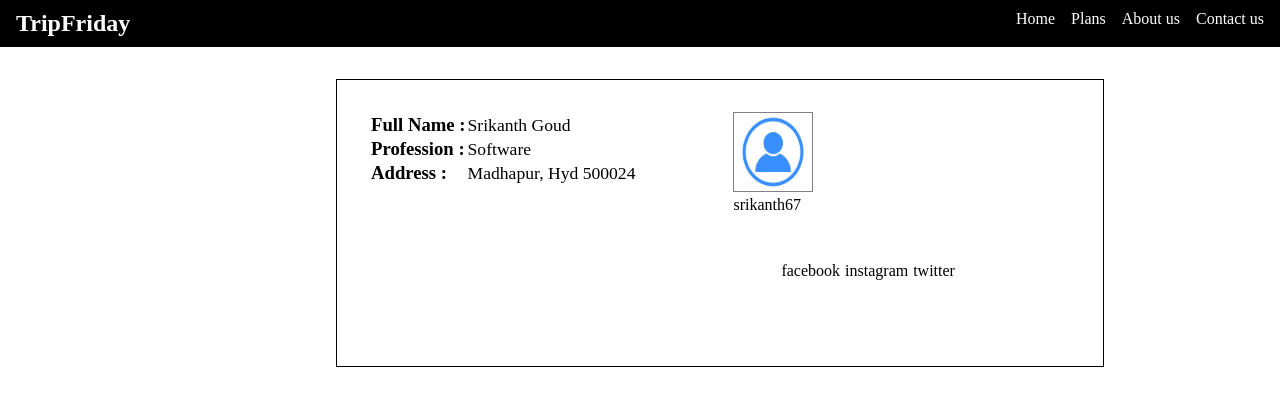
Repository: suraj-yadav7/userprofile
Page: /userdetails
The author's editor kept a copy of each file at every save. The page is drawn from the files as they stood at one save, then again after the next save.
The browser window is 1280 px wide. The pictures show the whole page.
The project was rebuilt for these pictures with package versions that can differ from the ones it lists, and the page was loaded fresh each time. Also part of the build but not shown: src/components/UserProfile.jsx.

Above is the page before, as saved 2023-05-04 11:53:09.

### src/App.js
import './App.scss';
import UserProfile from './components/UserProfile';
import UserDetails from './components/UserDetails';
import { BrowserRouter as Router, Routes, Route } from 'react-router-dom';
import Header from './components/Header';


function App() {
  return (
    <>
    <Router>
      <Header />
      <Routes>
        <Route exact path='/' element={<UserProfile/>} />
        <Route exact path='/userdetails' element={<UserDetails/> } />
      </Routes>
    </Router>
    </>
  );
}

export default App;

### src/App.scss
*{
padding: 0;
margin: 0;
box-sizing: border-box;
}
nav{
    display: flex;
    justify-content:space-between;
    padding: 10px 1rem;
    background-color: black;
    color: white;
    >div>ul{
        display: flex;
        list-style: none;
        gap: 1rem;
    }
}

### src/components/UserDetails.jsx
import React from 'react'
import "../assests/userDetails.scss"
import usericon from"../assests/usericon.jpg"

const UserDetails = () => {
  return (
  <>
 <div className='details'>
  <div className='sub1'>
<table>
  <tr>
    <td><h3>Full Name :  </h3></td>
    <td><p> Srikanth Goud</p> </td>
  </tr>
  <tr>
    <td><h3>Profession :  </h3></td>
    <td><p> Software </p> </td>
  </tr>
  <tr>
    <td><h3>Address :</h3></td>
    <td><p>Madhapur, Hyd 500024</p> </td>
  </tr>
</table>

  </div>
  <div className='sub2'>
    <img src={usericon} alt="userimage"></img>
    <p>srikanth67</p>
    <div className='socialMedia'>
      <p>facebook</p>
      <p>instagram</p>
      <p>twitter</p>
    </div>
  </div>
 </div>
  </>
  )
}

export default UserDetails

### src/components/Header.jsx
import React from 'react'

const Header = () => {
  return (
  <>
  <nav>
<h1>TripFriday</h1>
<div>
    <ul>
        <li>Home</li>
        <li>Plans</li>
        <li>About us</li>
        <li>Contact us</li>
    </ul>
</div>
</nav>
  </>
  )
}

export default Header

### src/assests/userProfile.scss
@import "./color.scss";

nav{
    display: flex;
    justify-content:space-between;
    padding: 10px 1rem;
    background-color: black;
    color: white;
    >div>ul{
        display: flex;
        list-style: none;
        gap: 1rem;
    }
}

### src/assests/userDetails.scss
@import "./color.scss";

.details{
    display: flex;
    gap: 6rem;
    border: 1px solid black;
    width: 60vw;
    height: 40vh;
    padding: 2rem;
    margin: 2rem 21rem;
    // justify-content: center;
    // align-items: center;
    >.sub1 p{
        font-size: 1.1rem;

    }

    >.sub2 {
    >img{
        width: 5rem;
        height: 5rem;
        border: 1px solid grey;
    }

    >div{
        margin: 3rem;
        display: flex;
        gap: 5px;
        align-items: center;
    }
}
}

### src/assests/color.scss
$primary-color: #0f171e;
$secondary-color: #1a242f;
$font-primary:#ffff;
$font-secondary: #79b8f3;

Loaded but not shown: public/index.html (common file); src/index.js (common file)

After the next save:
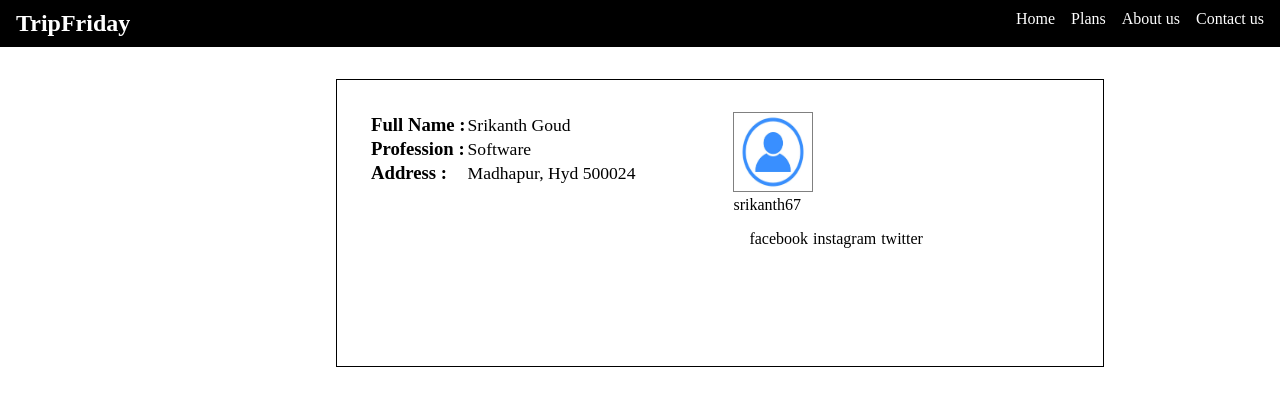
Saved 5 s later.
--- a/src/assests/userDetails.scss
+++ b/src/assests/userDetails.scss
@@ -23,7 +23,7 @@
     }
 
     >div{
-        margin: 3rem;
+        margin: 1rem;
         display: flex;
         gap: 5px;
         align-items: center;
